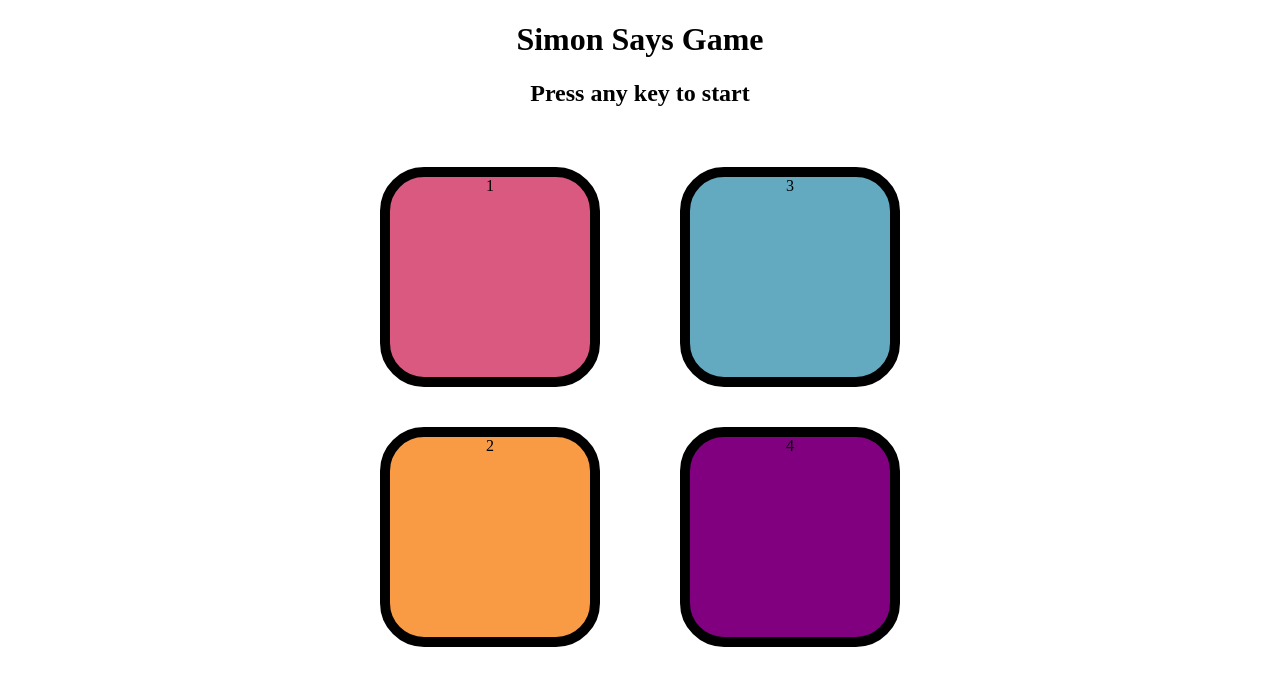
Repository: Manish-tomar-aligarh/Simon-Says-Game
Page: index.html
These files come from the project's save history. The page is drawn as it stood at one moment and after the next save; the edit follows.
The browser window is 1280 px wide. The pictures show the whole page.

Above is the page before, as saved 2025-05-25 11:34:16.

After the next save:
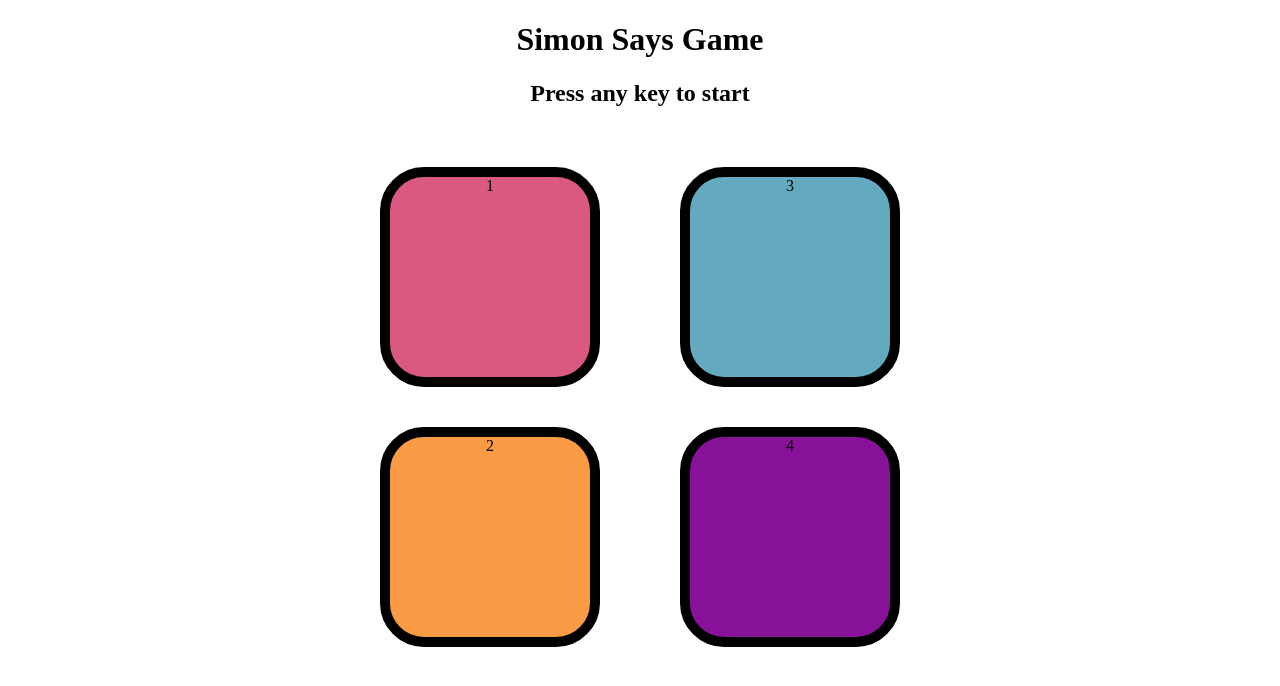
Saved 12 s later.
--- a/style.css
+++ b/style.css
@@ -25,5 +25,5 @@ body{
     background-color: #63aac0;
 }
 .purple{
-    background-color: purple;
+    background-color: #819;
 }
